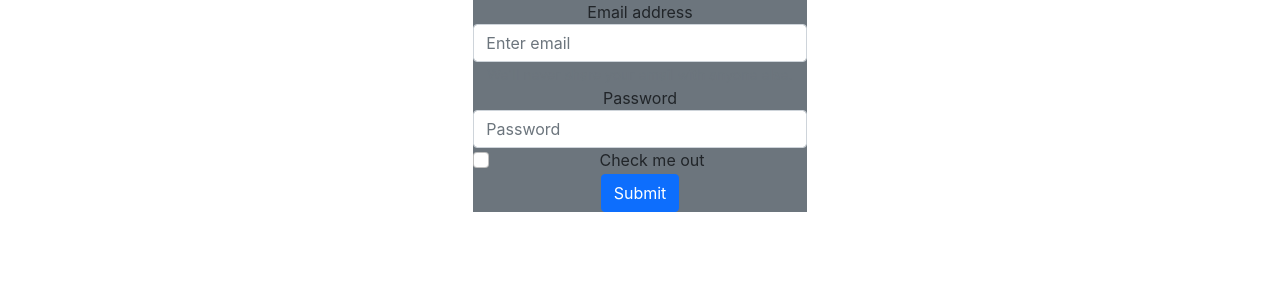
Repository: Osomhe1/bitmama2
Page: /
An editor plug-in stored every save of this project. The page is shown before and after the next save, followed by the edit.
The browser window is 1280 px wide. The pictures show the whole page.
The project was rebuilt for these pictures with package versions that can differ from the ones it lists, and the page was loaded fresh each time.

Above is the page before, as saved 2022-05-08 20:20:46.

After the next save:
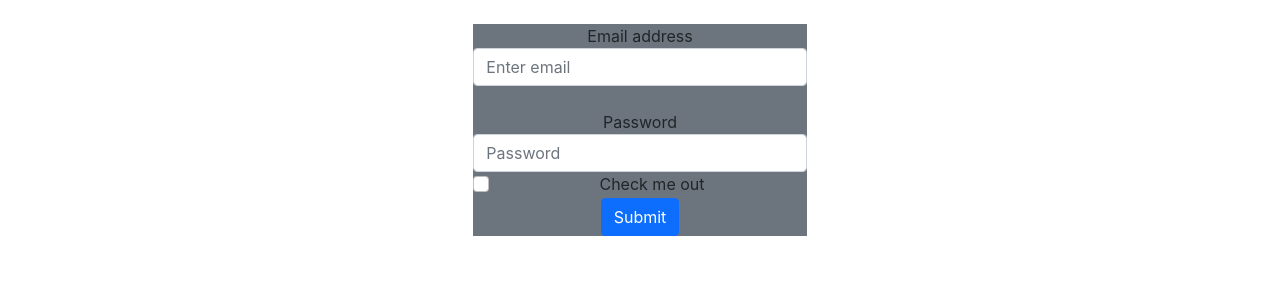
Saved 9 s later.
--- a/src/component/Login.js
+++ b/src/component/Login.js
@@ -3,7 +3,7 @@ import React from 'react'
 export default function Login() {
   return (
     <div>
-      <form  className='col-sm-12 col-md-6 col-lg-4 m-auto mt-10 bg-secondary'>
+      <form  className='col-sm-12 col-md-6 col-lg-4 m-auto mt-4 bg-secondary'>
         <div className='form-group'>
           <label for='exampleInputEmail1'>Email address</label>
           <input
